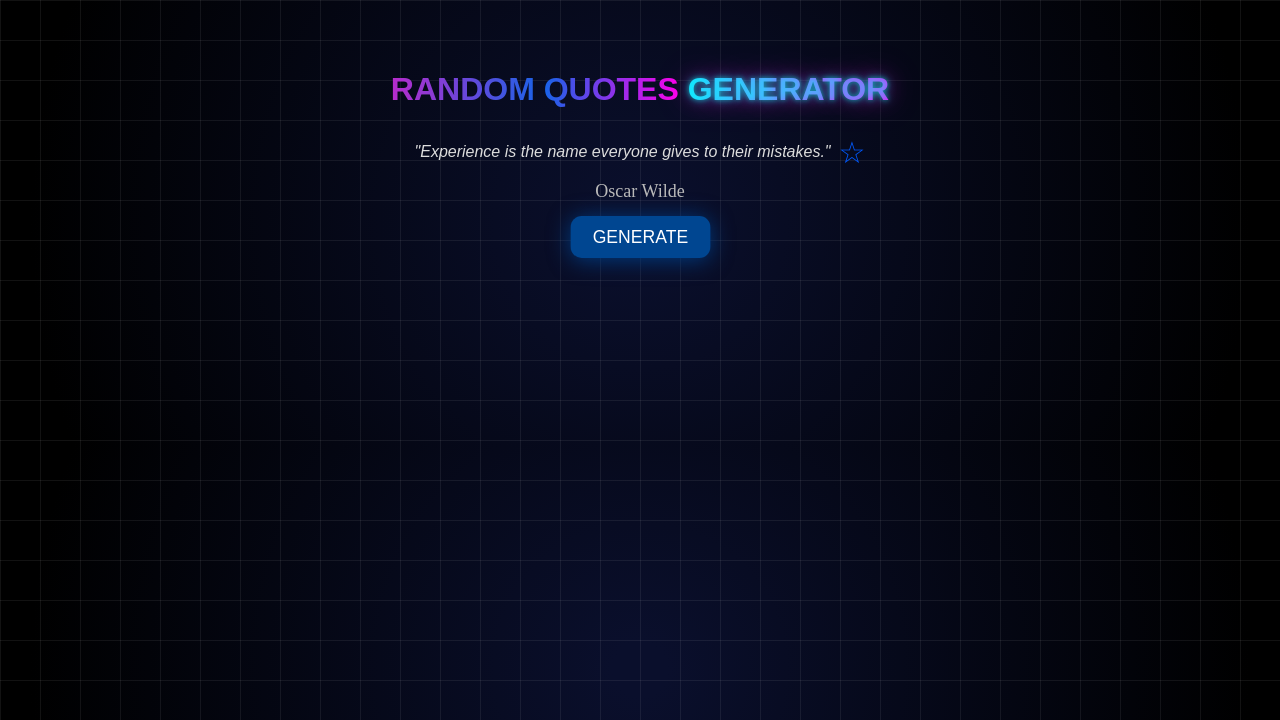
Repository: Adel-la/random-quotes
Page: index.html
The author's editor kept a copy of each file at every save. The page is drawn from the files as they stood at one save, then again after a run of saves.
The browser window is 1280 px wide. The pictures show the whole page.
The pointer rests on the first visible `.btn`.

Above is the page before, as saved 2025-06-26 22:39:52.

### index.html
<!DOCTYPE html>
<html lang="ru">
<head>
  <meta charset="UTF-8" />
  <title>Random Quotes</title>
  <link rel="stylesheet" href="styles.css" />
</head>
<body>
  <main class="main">
    <h1 class="h1-title"> <span class="special-text">RANDOM QUOTES</span> <span class="neon-text">GENERATOR</span></h1>
    <div class="quote-container">
      <p id="quote" class="quote"></p>
      <button id="favorite" class="favorite">☆</button>
    </div>
    <p id="author" class="quote-author"></p>
    <button id="generate" class="btn">GENERATE</button>

    <div id="favorites-container" class="favorites-container"></div>
  </mainс>
  <script type="module" src="main.js"></script>
</body>
</html>

### styles.css

body {
  font-family: Arial, sans-serif;
  color: aliceblue;
  box-sizing: border-box;
  margin: 0;
  padding: 20px;
}

.favorites-container{
  max-width: 600px;
  margin: 50px auto;
  text-align: center;
}

.btn{
  padding: 10px 20px;
  font-size: 16px;
  background-color: #0254ab;
  color: #fff;
  border: none;
  cursor: pointer;
  border-radius: 10px;
  margin-top: 10px;
  transition: background-color 0.3s ease;
  box-shadow: 0 2px 20px rgb(0, 59, 127);
}

.btn:hover{
  background-color: #004691;
  transform: scale(1.1);
  transition: 0.2s;
  box-shadow: 0 2px 20px rgb(0, 59, 127);
}

.paragraph{
  background-color: #111111;
  border-radius: 5px;
  width: fit-content;
  padding: 5px;
  text-align: center;
  margin: 2px auto;
}

#quote::before,
#quote::after{
  content: '"';
}

.quote-container {
  display: inline-flex;
  align-items: center;
  justify-content: center;
  margin: 0 auto;
  border-radius: 5px;
  padding: 5px 10px;
}

/* Убираем фон из quote, чтобы весь блок (цитата + звезда) имел один фон */
.quote {
  margin: 0;
  padding: 0;
  font-style: italic;
  display: inline;
}

/* Звездочка вплотную к цитате */
.favorite {
  color: rgb(0, 89, 255);
  background-color: transparent;
  font-size: 30px;
  border: none;
  margin-left: 8px;
  cursor: pointer;
  padding: 0;


}

.favorite-card {
  border: 1px solid #333;
  border-left: 5px solid #047dff;
  padding: 12px 16px;
  margin: 12px ;
  border-radius: 12px;
  box-shadow: 0 2px 10px rgba(4, 125, 255, 0.1);
  transition: transform 0.2s ease, box-shadow 0.2s ease;
  position: relative;
  width: 225px;
  text-align: start;
  flex-shrink: 0;

}

.favorites-container {
  display: flex;
  flex-wrap: wrap;
  justify-content: center;
  gap: 10px;
}
.favorite-card:hover {
  transform: scale(1.02);
  box-shadow: 0 4px 15px rgba(4, 125, 255, 0.25);
}

.favorite-card .favorite-quote {
  font-style: italic;
  font-size: 16px;
  color: #ffffff;
  margin-bottom: 8px;
}

.favorite-card .quote-author {
  font-size: 14px;
  color: #bbbbbb;
  text-align: right;
}

.delete-btn {
  position: absolute;
  top: 0;
  right: 0;
  border: none;
  border-radius: 5px;
  color: white;
  background-color: transparent;
  cursor: pointer;
}

.delete-btn:hover {
  font-size: 15px;
  transition: 0.5s;
}

.quote-author{
  margin: 1px auto;
  width: fit-content;
  font-size: large;
  padding: 5px 15px;
  border-radius: 5px;
  font-family:'Times New Roman', Times, serif;
  color: #bababa;
}

.main{
  text-align: center;
  position: relative;
  border-radius: 12px;
  padding: 20px;
  margin: 50px auto;
  max-width: 600px;
  z-index: 1;
  margin-top: 10px;
}

body {
  background: radial-gradient(circle at center, #0a0f2c 0%, #0a0f2c 4%, #000000 90%);

  position: relative;
  overflow: hidden;
  color: #ddd;
}

/* Тонкая светлая сетка */
body::before {
  content: "";
  position: fixed;
  top: 0; left: 0; right: 0; bottom: 0;
  background-image:
    linear-gradient(rgba(255,255,255,0.07) 1px, transparent 1px),
    linear-gradient(90deg, rgba(255,255,255,0.07) 1px, transparent 1px);
  background-size: 40px 40px;
  pointer-events: none;
  z-index: 0;
}


.special-text{
   font-weight: bold;
  font-size: 32px;
  background: linear-gradient(90deg, rgba(183, 43, 204, 1) 0%, rgba(23, 100, 232, 1) 53%, rgb(252, 2, 235) 100%);
  -webkit-background-clip: text;
  -webkit-text-fill-color: transparent;
}

.neon-text{
  font-weight: bold;
  background: linear-gradient(90deg, #00faff, #ff00f7);
  -webkit-background-clip: text;
  -webkit-text-fill-color: transparent;
  text-shadow:
    0 0 5px rgba(0, 255, 255, 0.5),
    0 0 10px rgba(0, 255, 255, 0.5),
    0 0 20px rgba(255, 0, 255, 0.5),
    0 0 40px rgba(255, 0, 255, 0.3);
}

### main.js
import quotes from './src/data/quotes.js';
import { generateAndDisplayQuote } from './src/handlers/quote.js';
import {
  generateBtn,
} from './src/ui/dom.js';




// Показать первую цитату сразу при загрузке страницы
generateAndDisplayQuote(quotes);

// Кнопка "Сгенерировать цитату"
generateBtn.addEventListener('click', () => {
  generateAndDisplayQuote(quotes);
});

### src/data/quotes.js
// Quotes array with English programming quotes and initial favorite = false
import { setQuoteId } from "../handlers/utils.js";
const quotes = [
  {
    text: "Code is like humor. When you have to explain it, it’s bad.",
    author: "Cory House",
    isFavorite: false,
  },
  {
    text: "First, solve the problem. Then, write the code.",
    author: "John Johnson",
    isFavorite: false,
  },
  {
    text: "Experience is the name everyone gives to their mistakes.",
    author: "Oscar Wilde",
    isFavorite: false,
  },
  {
    text: "In order to be irreplaceable, one must always be different.",
    author: "Coco Chanel",
    isFavorite: false,
  },
  {
    text: "Java is to JavaScript what car is to Carpet.",
    author: "Chris Heilmann",
    isFavorite: false,
  },
  {
    text: "Simplicity is the soul of efficiency.",
    author: "Austin Freeman",
    isFavorite: false,
  },
  {
    text: "Code never lies, comments sometimes do.",
    author: "Ron Jeffries",
    isFavorite: false,
  },
  {
    text: "Programming isn’t about what you know; it’s about what you can figure out.",
    author: "Chris Pine",
    isFavorite: false,
  },
  {
    text: "Make it work, make it right, make it fast.",
    author: "Kent Beck",
    isFavorite: false,
  },
  {
    text: "Any fool can write code that a computer can understand. Good programmers write code that humans can understand.",
    author: "Martin Fowler",
    isFavorite: false,
  }
];

setQuoteId(quotes)
export default quotes;

### src/handlers/quote.js
import { chooseRandomQuote } from './utils.js';
import { setRandomQuote } from '../core/state.js';
import { showQuote } from '../ui/index.js';
import { quoteElement, authorElement, favoriteBtn } from '../ui/dom.js';

// Функция генерации и отображения случайной цитаты
export function generateAndDisplayQuote(quotes) {
  const quote = chooseRandomQuote(quotes);
  setRandomQuote(quote);
  showQuote(quote, quoteElement, authorElement, favoriteBtn);
}

### src/ui/dom.js
export const quoteElement = document.getElementById('quote');
export const authorElement = document.getElementById('author');
export const generateBtn = document.getElementById('generate');
export const favoriteBtn = document.getElementById('favorite');
export const favoritesContainer = document.getElementById('favorites-container');

### src/handlers/utils.js
// Генерация уникального 8-символьного hex ID (буквы и цифры)
 function generateHexId() {
  return Math.floor(Math.random() * 0xffffffff)
    .toString(16)
    .padStart(8, '0');
}

export function setQuoteId(quotes) {
  quotes.forEach(quote => {
    if (!quote.id) {
      quote.id = generateHexId();
    }
  });
}

// Функция выбора случайной цитаты из массива
export function chooseRandomQuote(quotes) {
  const index = Math.floor(Math.random() * quotes.length);
  return quotes[index];
}

### src/core/state.js
import { chooseRandomQuote } from '../handlers/utils.js';
import quotes from '../data/quotes.js';

let currentQuote = null;

// Функция для получения текущей цитаты
export function getRandomQuote() {
  if (!currentQuote) {
    currentQuote = chooseRandomQuote(quotes);
  }
  return currentQuote;
}

// Устанавливаем текущую цитату
export function setRandomQuote(quote) {
  currentQuote = quote;
}

### src/ui/index.js
import { updateFavoriteButton } from '../handlers/favorites.js';

// Функция для отображения цитаты и автора на странице
export function showQuote(quote, quoteElement, authorElement, favoriteBtn) {
  if (!quote) return;

  const { text, author, isFavorite } = quote;

  quoteElement.textContent = text;
  authorElement.textContent = author ? ` ${author}` : ' Unknown';

  updateFavoriteButton(isFavorite, favoriteBtn);
}

### src/handlers/favorites.js
import { favoritesContainer, favoriteBtn } from '../ui/dom.js';
import quotes from '../data/quotes.js';
import { getRandomQuote } from '../core/state.js';
import { setQuoteId } from './utils.js';


// Создаём карточку избранной цитаты и добавляем в контейнер
export function addFavoriteCard(quoteObj, container) {
  const card = document.createElement('div');
  card.id = quoteObj.id;
  card.classList.add('favorite-card');

  card.innerHTML = `
      <button class="delete-btn">🗑</button>
      <p class="favorite-quote">${quoteObj.text}</p>
      <span class="quote-author">– ${quoteObj.author}</span>
    `;

  container.appendChild(card);
}

// Удаляем карточку цитаты из избранного
export function removeCardOfFavorite(container, quote) {
  const cards = container.querySelectorAll('.favorite-card');
  cards.forEach((card) => {
    if (card.id === quote.id) {
      card.remove();
    }
  });
}

// Обновляем кнопку избранного (звёздочку)
export function updateFavoriteButton(isFavorite, button) {
  button.textContent = isFavorite ? '★' : '☆';
}

// Обработчик клика по кнопке удаления на карточке
export function handleDeleteClick(event, container, quotes, favoriteButton) {
  if (!event.target.classList.contains('delete-btn')) return;

  const card = event.target.closest('.favorite-card');
  if (!card) return;

  const quoteObj = quotes.find((q) => q.id === card.id);
  if (!quoteObj) return;

  console.log(quoteObj.id, card.id)
  if (card.id === getRandomQuote().id) {
    updateFavoriteButton(false, favoriteButton);
  }
  quoteObj.isFavorite = false;

  card.remove();
}

// Переключение состояния избранного цитаты
export function toggleFavorite(quote, container, button) {
  quote.isFavorite = !quote.isFavorite;
  updateFavoriteButton(quote.isFavorite, button);

  if (quote.isFavorite) {
    addFavoriteCard(quote, container);
  } else {
    removeCardOfFavorite(container, quote);
  }
}

// Настройка обработчиков избранного (звёздочка и удаление карточек)
export function setupFavoriteHandlers(favoritesContainer, favoriteBtn, quotes) {
  favoriteBtn.addEventListener('click', () => {
    const quote = getRandomQuote();
    if (!quote) return;
    toggleFavorite(quote, favoritesContainer, favoriteBtn);
  });

  favoritesContainer.addEventListener('click', (event) => {
    handleDeleteClick(event, favoritesContainer, quotes, favoriteBtn);
  });
}

// Инициализация обработчиков
setupFavoriteHandlers(favoritesContainer, favoriteBtn, quotes);

After the next 2 saves:
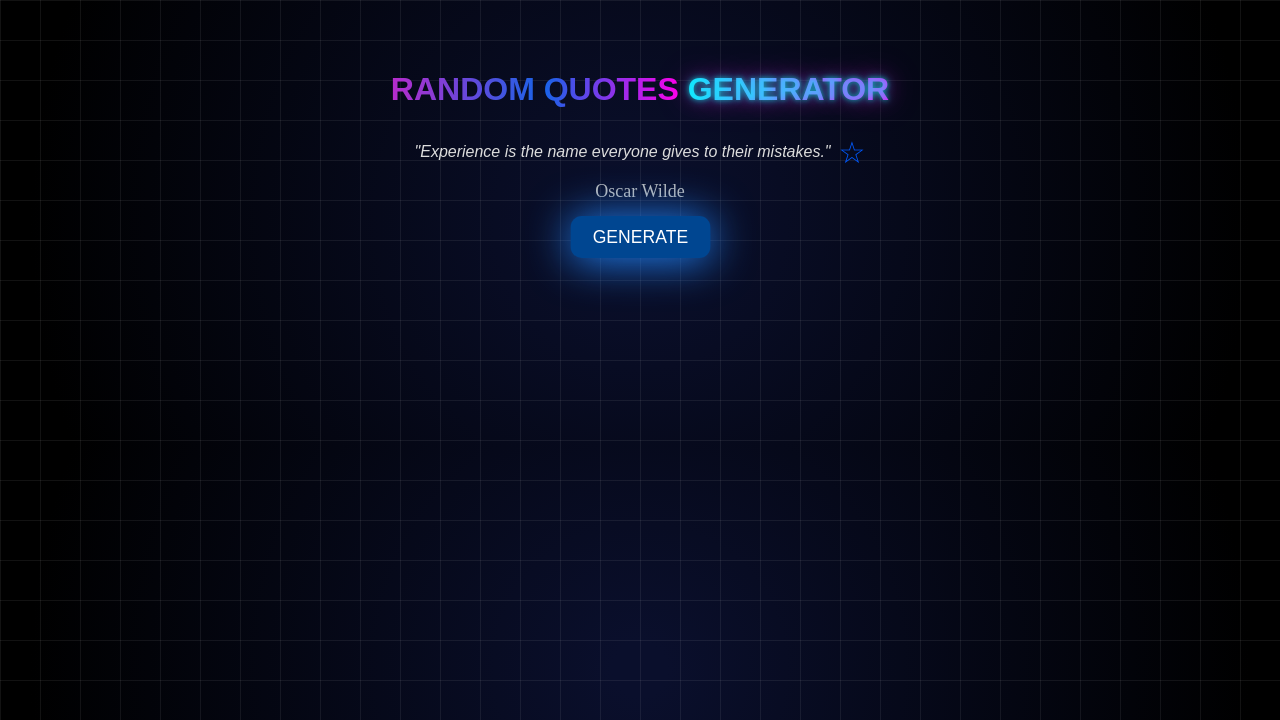
The 2 saves are shown as one change because they came seconds apart.
The last was saved 7 s later.
--- a/styles.css
+++ b/styles.css
@@ -30,7 +30,7 @@ body {
   background-color: #004691;
   transform: scale(1.1);
   transition: 0.2s;
-  box-shadow: 0 2px 20px rgb(0, 59, 127);
+  box-shadow: 0 2px 40px rgb(34, 137, 255);
 }
 
 .paragraph{
